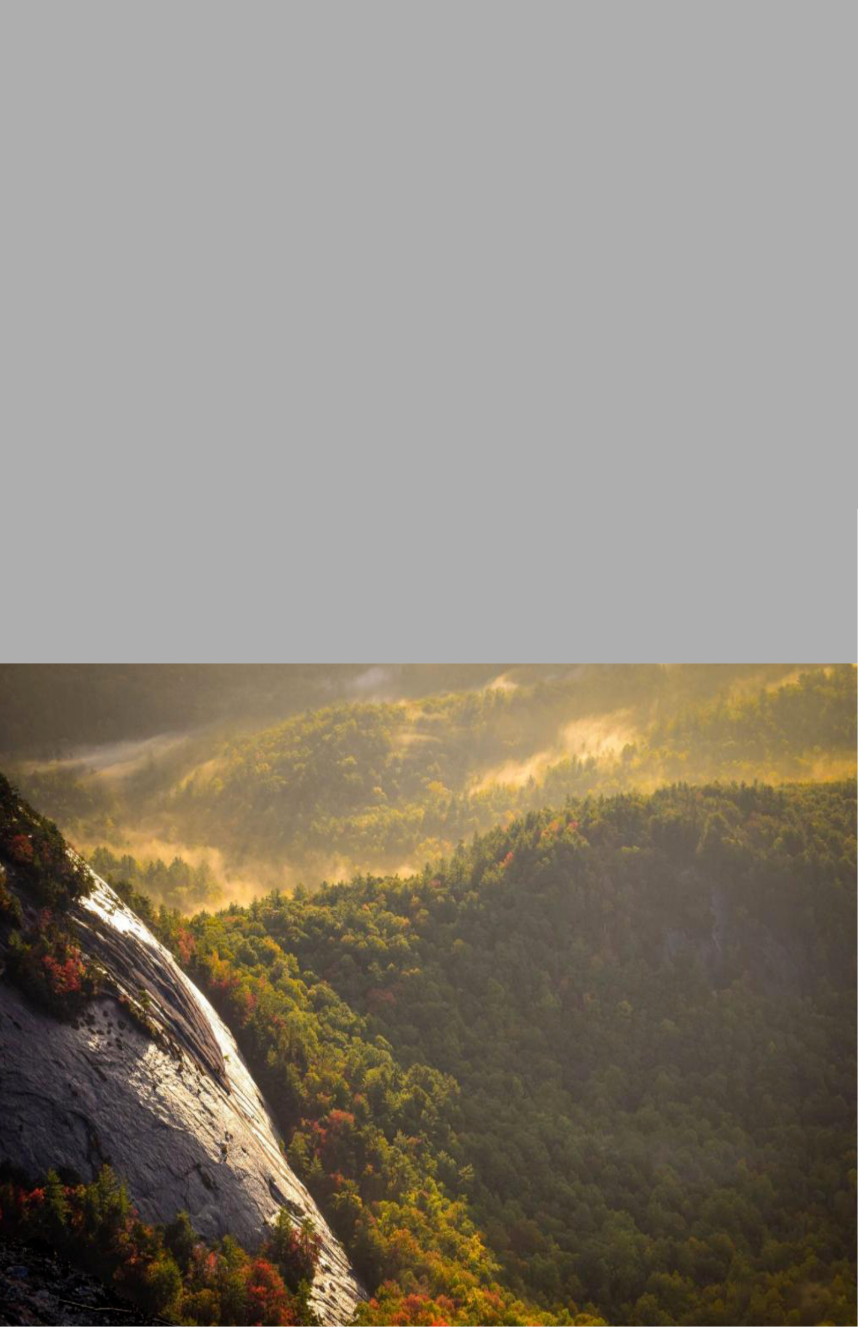
Repository: sogeisetsu/suy-ife
Page: 009-011/index.html
The author's editor kept a copy of each file at every save. The page is drawn from the files as they stood at one save, then again after the next save.
The browser window is 1280 px wide. The pictures show the whole page, at 67% of full size.

Above is the page before, as saved 2019-10-10 19:33:20.

After the next save:
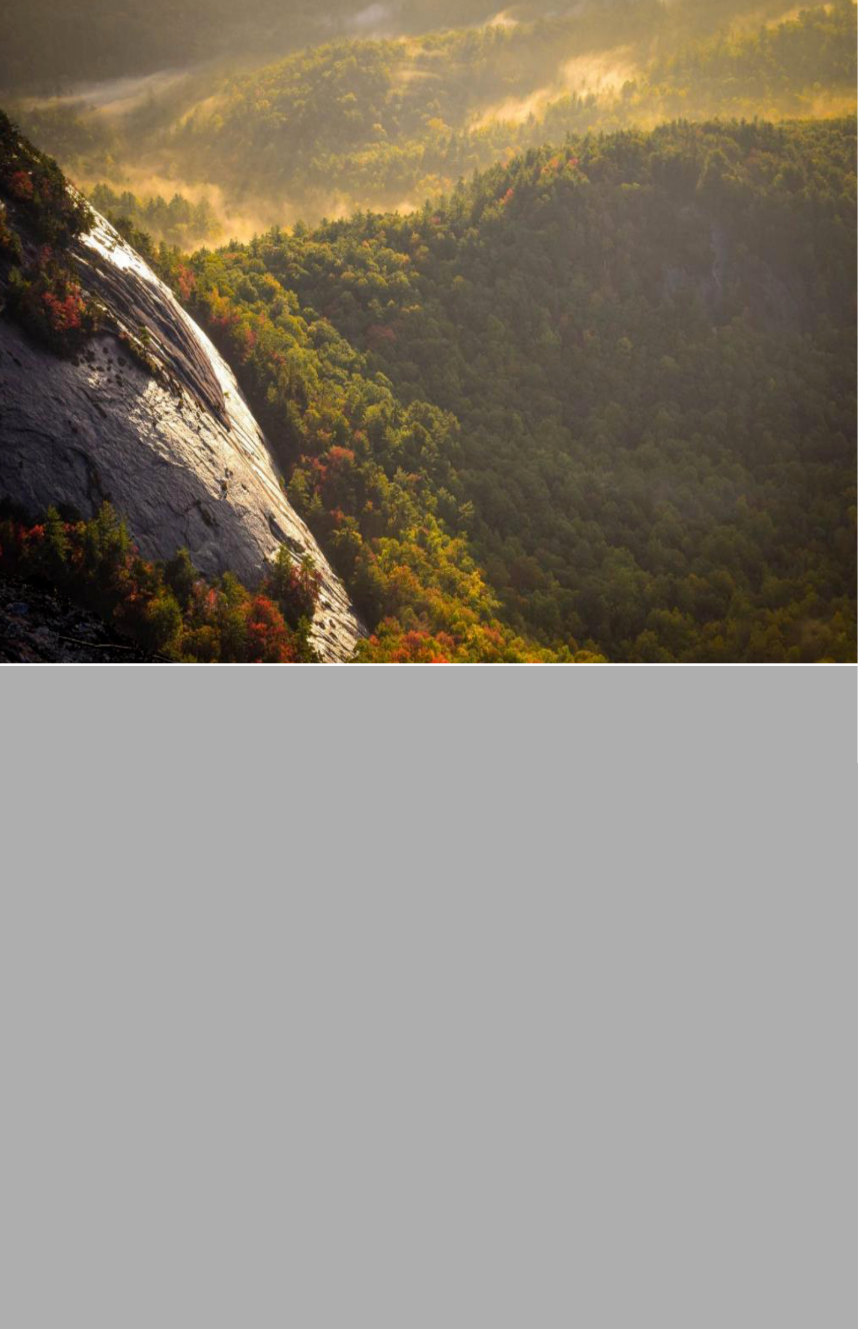
Saved 7 s later.
--- a/009-011/index.html
+++ b/009-011/index.html
@@ -8,9 +8,9 @@
     <body>
         <div id=head>
             <div class=headback>
+                <img src="sucai/head-back.png" alt="头部背景" class="head-image">
+                <div class="headbackcolor"></div>
                 <!-- <img src="sucai/head-back.png" alt="头部背景" class="head-image"> -->
-                <div class="headbackcolor"></div>
-                <img src="sucai/head-back.png" alt="头部背景" class="head-image">
             </div>
         </div>
     </body>
